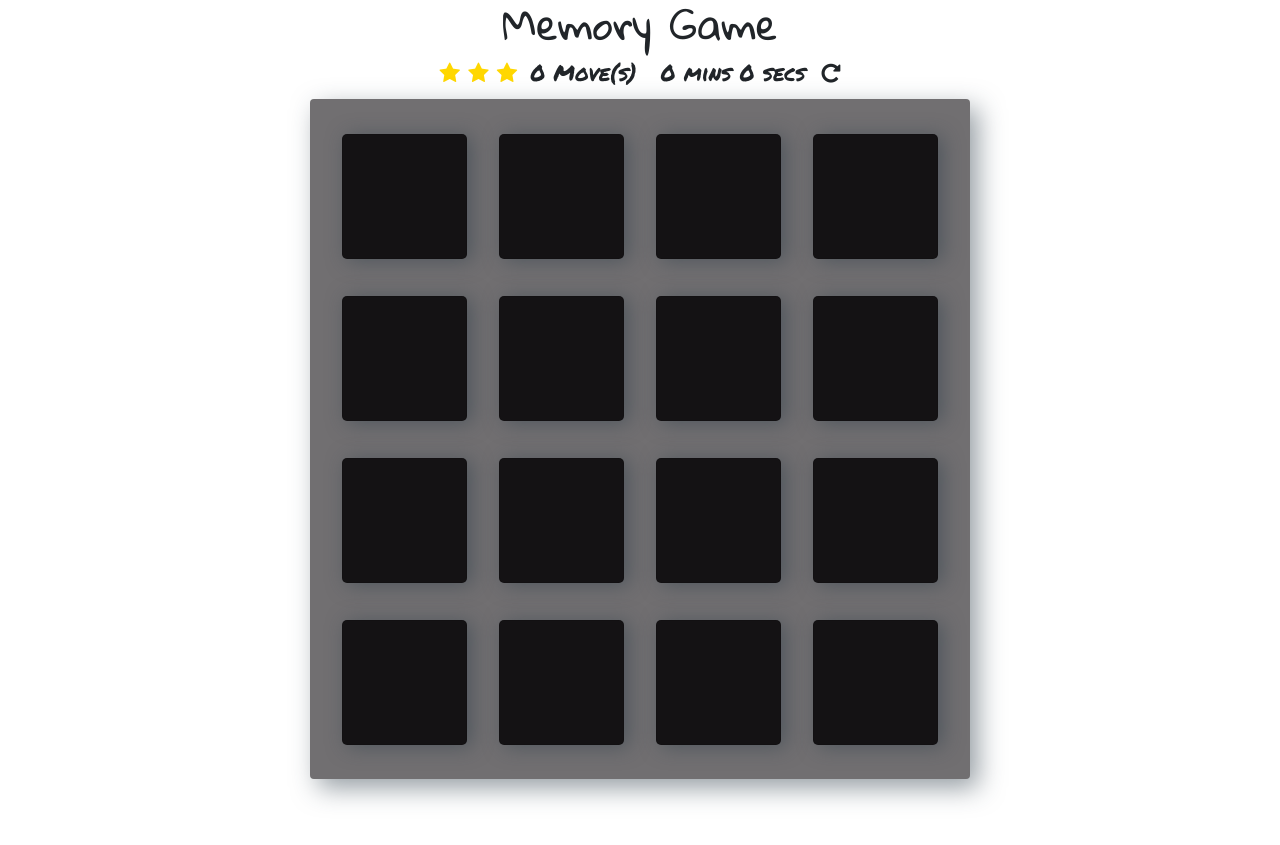
Repository: Eucaa/Sailor-Moon-Memory-Card-Game
Page: index3.html
The author's editor kept a record of every edit. The page is drawn from the files as they stood at one moment, then again after the next edit.
The browser window is 1280 px wide. The pictures show the whole page.
Some web fonts or font styles are not loaded; a fallback is used. Some web libraries are served in a nearby version.

Above is the page before.

After the next edit:
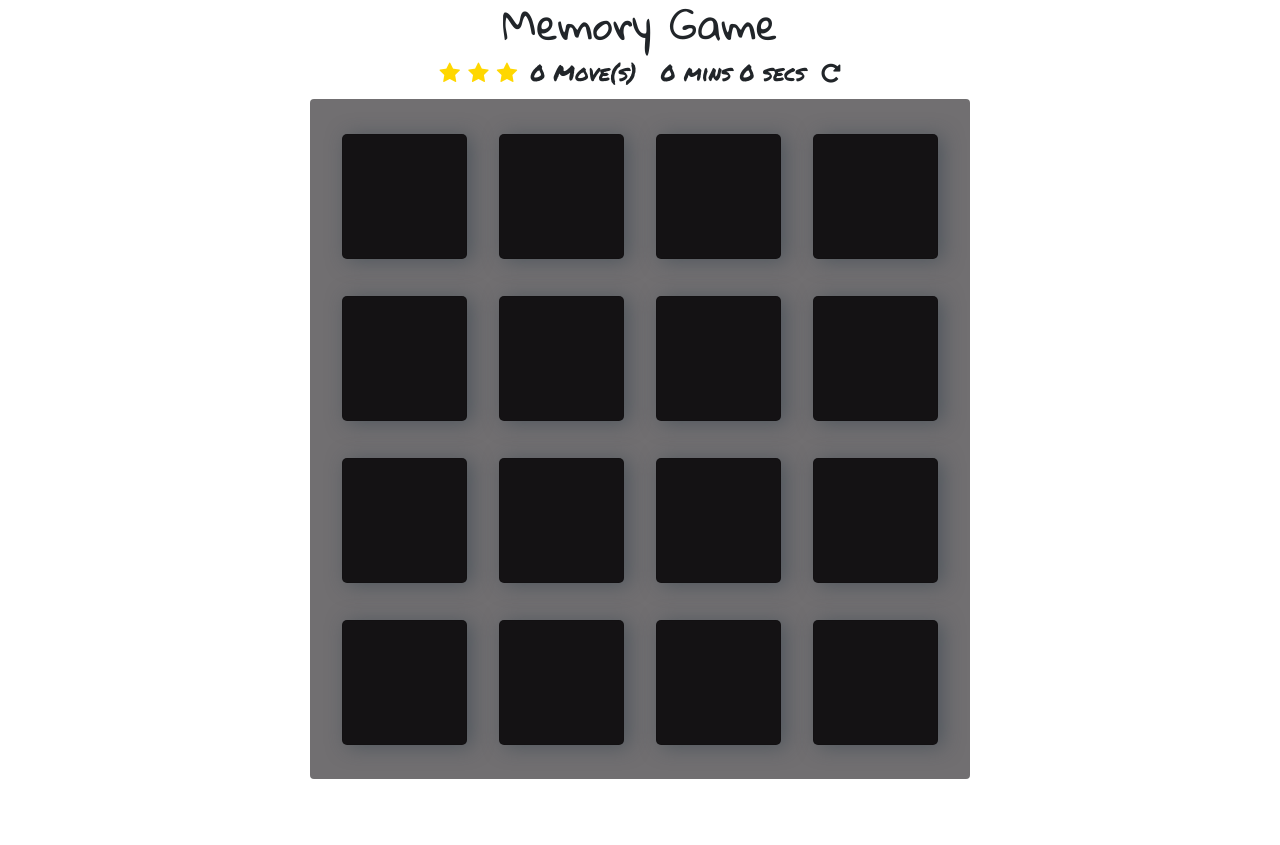
The edit:
--- a/assets/css/style3.css
+++ b/assets/css/style3.css
@@ -42,7 +42,6 @@
 	background: #716F71;
 	padding: 1rem;
 	border-radius: 4px;
-	box-shadow: 8px 9px 26px 0 rgba(46, 61, 73, 0.5);
 	display: flex;
 	flex-wrap: wrap;
 	justify-content: space-around;
